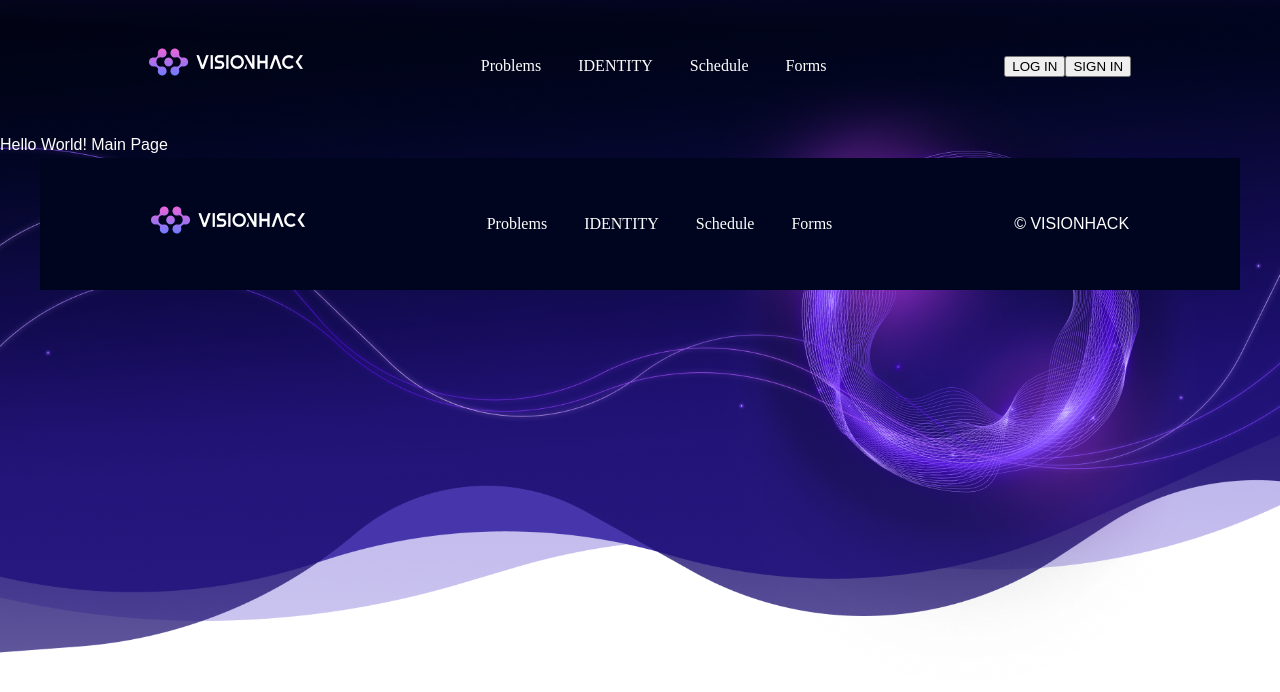
Repository: krmvz/VisionHack
Page: /
These files come from the project's save history. The page is drawn as it stood at one moment and after the next save; the edit follows.
The browser window is 1280 px wide. The pictures show the whole page.
The project was rebuilt for these pictures with package versions that can differ from the ones it lists, and the page was loaded fresh each time.

Above is the page before, as saved 2024-05-23 12:30:47.

### src/index.jsx
import React from 'react';
import ReactDOM from 'react-dom/client';
// import './index.css';
import App from './App';
// import reportWebVitals from './reportWebVitals';

const root = ReactDOM.createRoot(document.getElementById('root'));
root.render(
  <React.StrictMode>
    <App />
  </React.StrictMode>
);

### src/App.jsx


import './App.scss';
import Footer from './components/Footer/footer';
import Header from './components/Header/header';
// import circle from './images/mainbgi.png';
// import mainPage from './../.history/src/pages/mainPage/mainPage_20240521145324';
import MainPage from './pages/mainPage/mainPage';

function App() {
  return (
    <div className="App">
      <Header/>
      <MainPage/>
      <Footer/>
    </div>
  );
}

export default App;

### src/App.scss
// Variables
$small-screen: 600px;
$medium-screen: 768px;
$large-screen: 1024px;
$extra-large-screen: 1200px;

// Base Styles
body {
  color: white;
  font-family: Arial, sans-serif;
  line-height: 1.6;
  margin: 0;
  padding: 0;
  box-sizing: border-box;
}

body{
  background-image: url('./images/mainbgi.png')!important;
  background-size: cover; // Options: cover, contain, auto
  background-position: center; // Options: top, bottom, left, right, center
  background-repeat: no-repeat; // Options: no-repeat, repeat, repeat-x, repeat-y
  background-attachment: fixed; // Options: scroll, fixed, local
  background-blend-mode: overlay;
}
/* Basic Container Styling */
.container {
  max-width: 1200px; /* Maximum width for the container */
  margin: 0 auto;    /* Center the container horizontally */
  padding: 0 20px;   /* Add horizontal padding */
  box-sizing: border-box; /* Include padding and border in the element's total width and height */
}

/* Example for Responsive Design */
@media (max-width: 1200px) {
  .container {
    max-width: 100%;
    padding: 0 15px;
  }
}

@media (max-width: 768px) {
  .container {
    padding: 0 10px;
  }
}

@media (max-width: 480px) {
  .container {
    padding: 0 5px;
  }
}

### src/components/Footer/footer.jsx
import React from 'react'
import logo from '../../images/logo.png'
import './footer.scss';



const Footer = () => {
  return (
    <footer className='footer container'>
      <div className="logo"><img src={logo} alt="logo Vision Hack" /></div>
      <div className="navbar">
        <a href="">Problems</a>
        <a href="">IDENTITY</a>
        <a href="">Schedule</a>
        <a href="">Forms</a>
      </div>
      <div className="copyright">
      © VISIONHACK
      </div>
    </footer>
  )
}

export default Footer;

### src/components/Header/header.jsx
import React from 'react';

import './header.scss';
import logo from '../../images/logo.png'

const Header = () => {
  return (
    <header className='header container'>
      <div className="logo"><img src={logo} alt="logo Vision Hack" /></div>
      <div className="navbar">
        <a href="">Problems</a>
        <a href="">IDENTITY</a>
        <a href="">Schedule</a>
        <a href="">Forms</a>
      </div>
      <div className="logs">
        <button>LOG IN</button>
        <button>SIGN IN</button>
      </div>
    </header>
  )
}

export default Header;

### src/pages/mainPage/mainPage.jsx
import React from 'react'

const MainPage = () => {
  return (
    <div className='mainPage'>
      Hello World!
      Main Page
    </div>
  )
}

export default MainPage;

### src/components/Footer/footer.scss
// @import "~bootstrap/scss/bootstrap";


.footer{
    height: 132px;
    display: flex;
    align-items: center;
    justify-content: space-around;
    background-color: #00051F;
    .navbar{
        display: flex;
        // justify-content: space-around;
        gap: 37px;
        a{
            font-family: Raleway;
            font-size: 16px;
            font-weight: 500;
            line-height: 16px;
            text-align: left;
            text-decoration: none;
            color: white;

        }
    }
    .copyright{
        width: Fixed (134px)px;
        height: Fixed (30px)px;
        gap: 10px;
        opacity: 0px;

    }
}

### src/components/Header/header.scss
// @import "~bootstrap/scss/bootstrap";


.header{
    height: 132px;
    display: flex;
    align-items: center;
    justify-content: space-around;
    .navbar{
        display: flex;
        // justify-content: space-around;
        gap: 37px;
        a{
            font-family: Raleway;
            font-size: 16px;
            font-weight: 500;
            line-height: 16px;
            text-align: left;
            text-decoration: none;
            color: white;

        }
    }
    .logs{
        width: Fixed (134px)px;
        height: Fixed (30px)px;
        gap: 10px;
        opacity: 0px;

    }
}

After the next save:
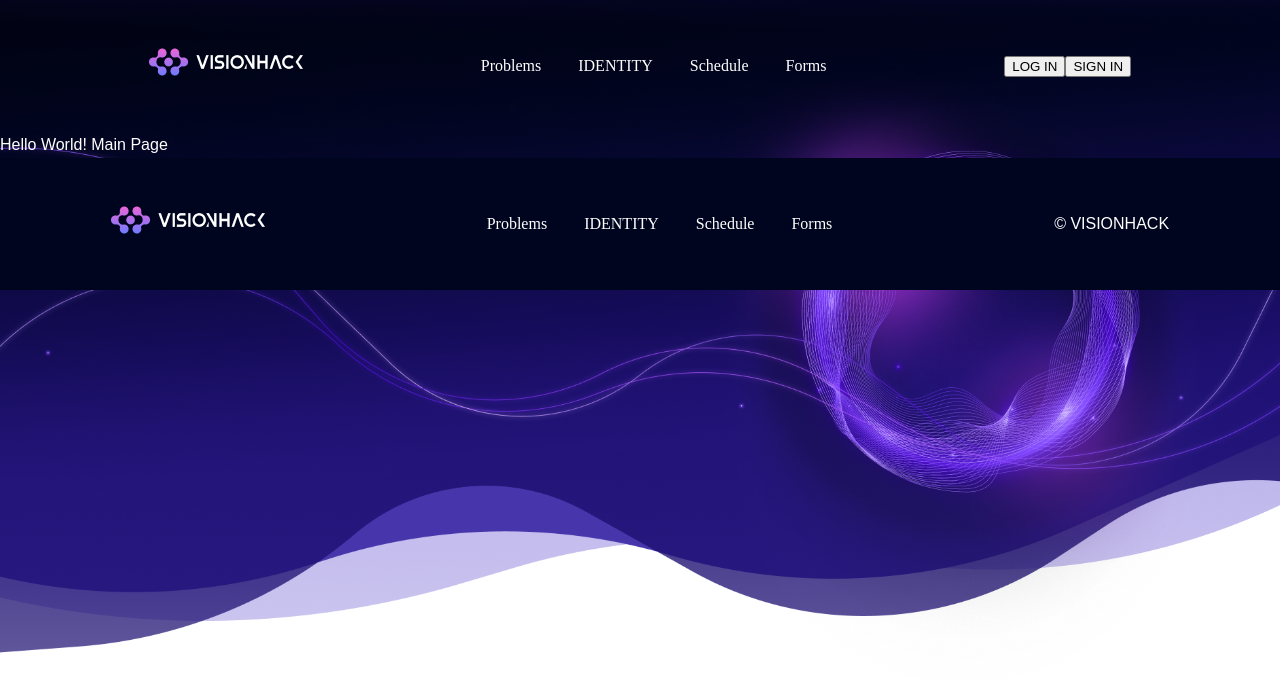
Saved 26 s later.
--- a/src/components/Footer/footer.jsx
+++ b/src/components/Footer/footer.jsx
@@ -6,7 +6,7 @@
 
 const Footer = () => {
   return (
-    <footer className='footer container'>
+    <footer className='footer'>
       <div className="logo"><img src={logo} alt="logo Vision Hack" /></div>
       <div className="navbar">
         <a href="">Problems</a>
